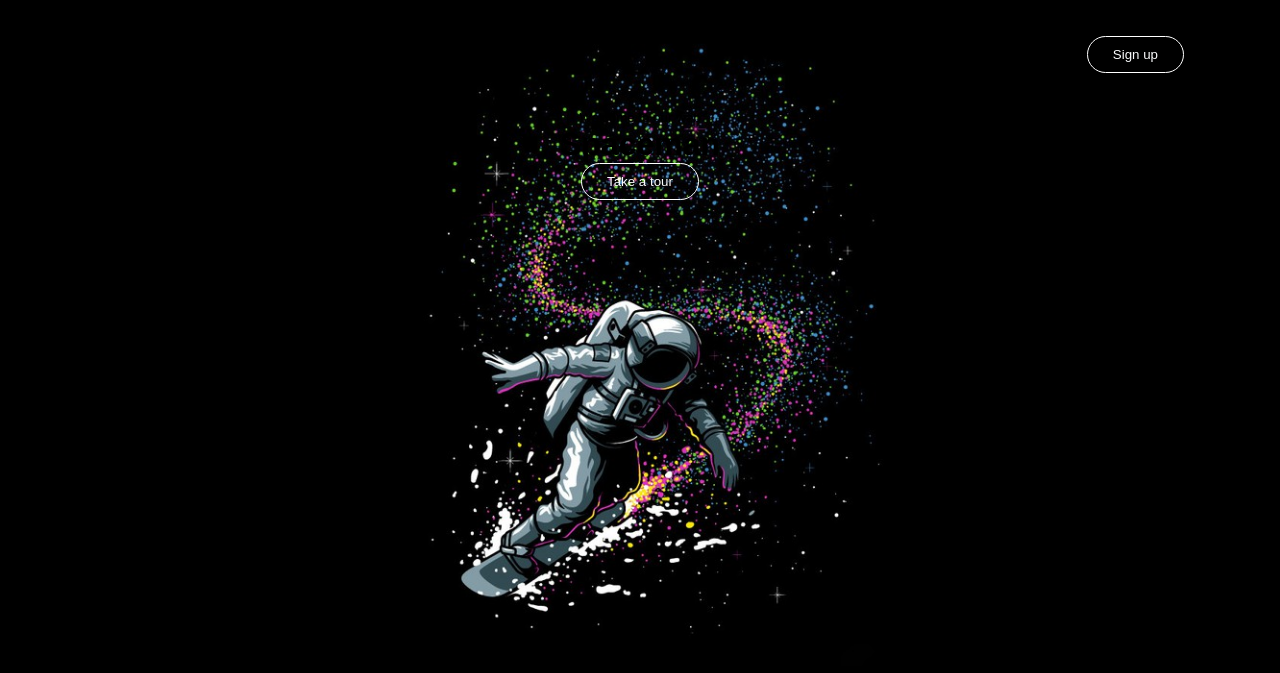
Repository: 70y-ali/branding_
Page: /
The author's editor kept a copy of each file at every save. The page is drawn from the files as they stood at one save, then again after the next save.
The browser window is 1280 px wide. The pictures show the whole page.
The project was rebuilt for these pictures with package versions that can differ from the ones it lists, and the page was loaded fresh each time. A package was used in the major version that the imports need, not the one package.json lists.

Above is the page before, as saved 2020-12-29 14:51:11.

After the next save:
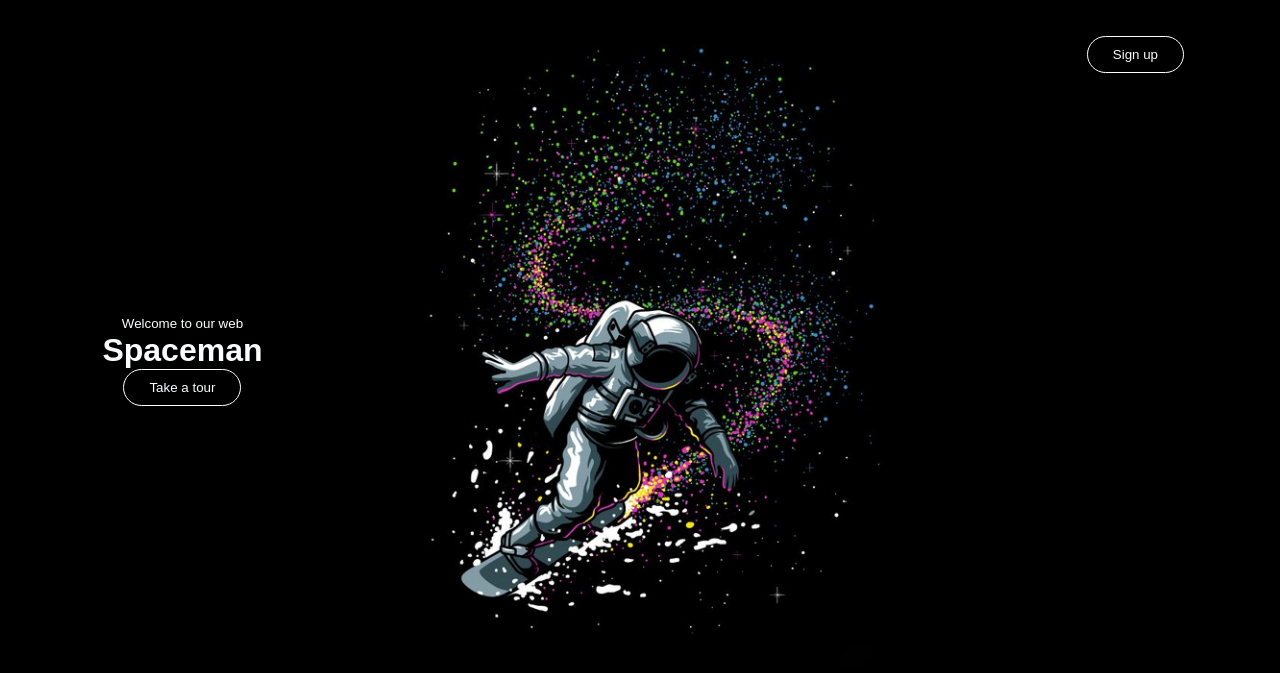
Saved 48 s later.
--- a/src/App.css
+++ b/src/App.css
@@ -57,5 +57,12 @@
   border-radius: 20px;
   outline: none;
   cursor: pointer;
-
 }
+.content{
+  color: #fbfcfd;
+  position: absolute;
+  top: 50%;
+  left: 8%;
+  transform: translateY(-50%);
+  z-index: 2;
+}
